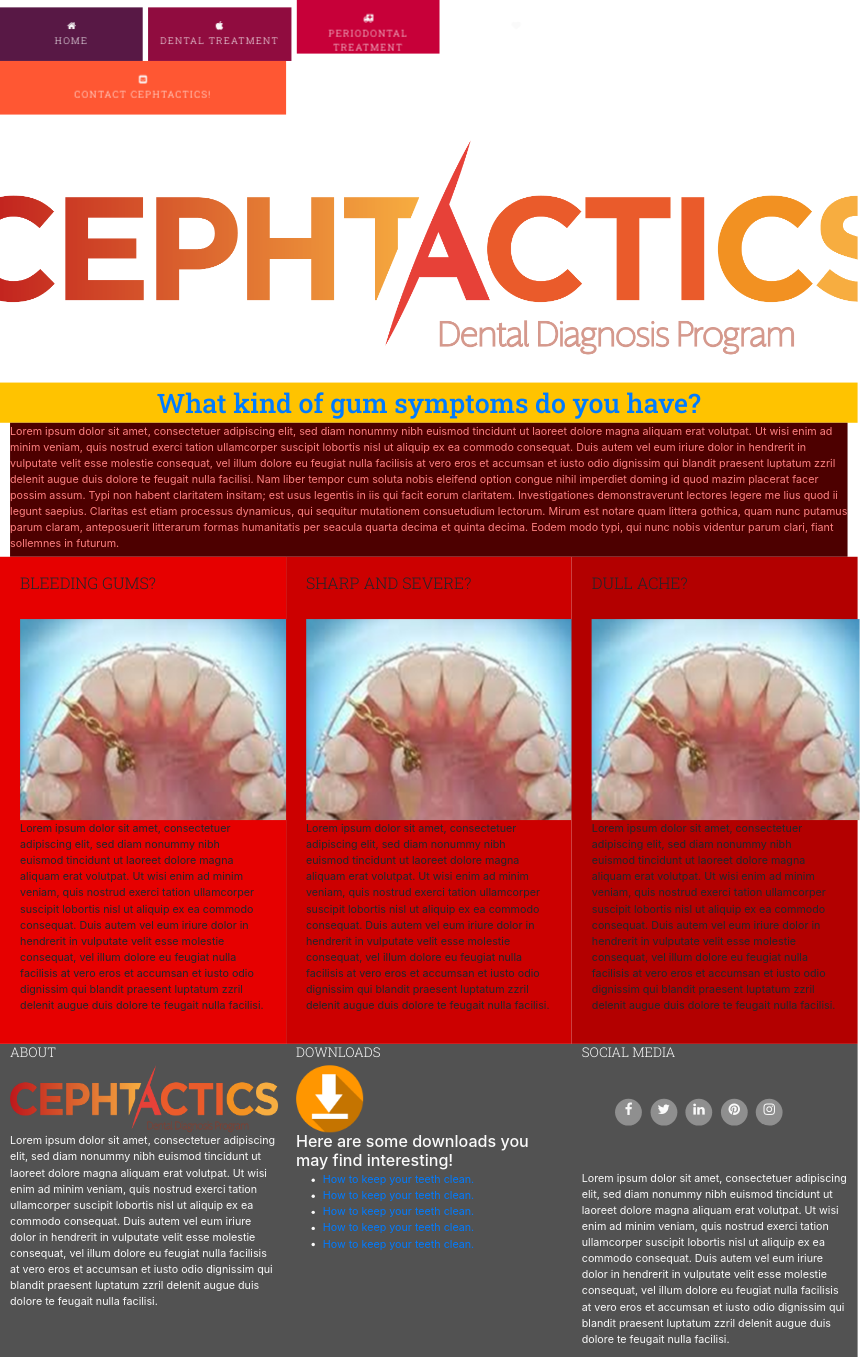
Repository: Code-Institute-Submissions/Rajjabbal-milestone-project
Page: 2periodontal.html
The author's editor kept a record of every edit. The page is drawn from the files as they stood at one moment, then again after the next edit.
The browser window is 1280 px wide. The page is 1283 px wide, so the pictures cover 1283 px, including what lies to the right of the window. The pictures show the whole page, at 67% of full size.
Some web libraries are served in a nearby version.

Above is the page before.

After the next edit:
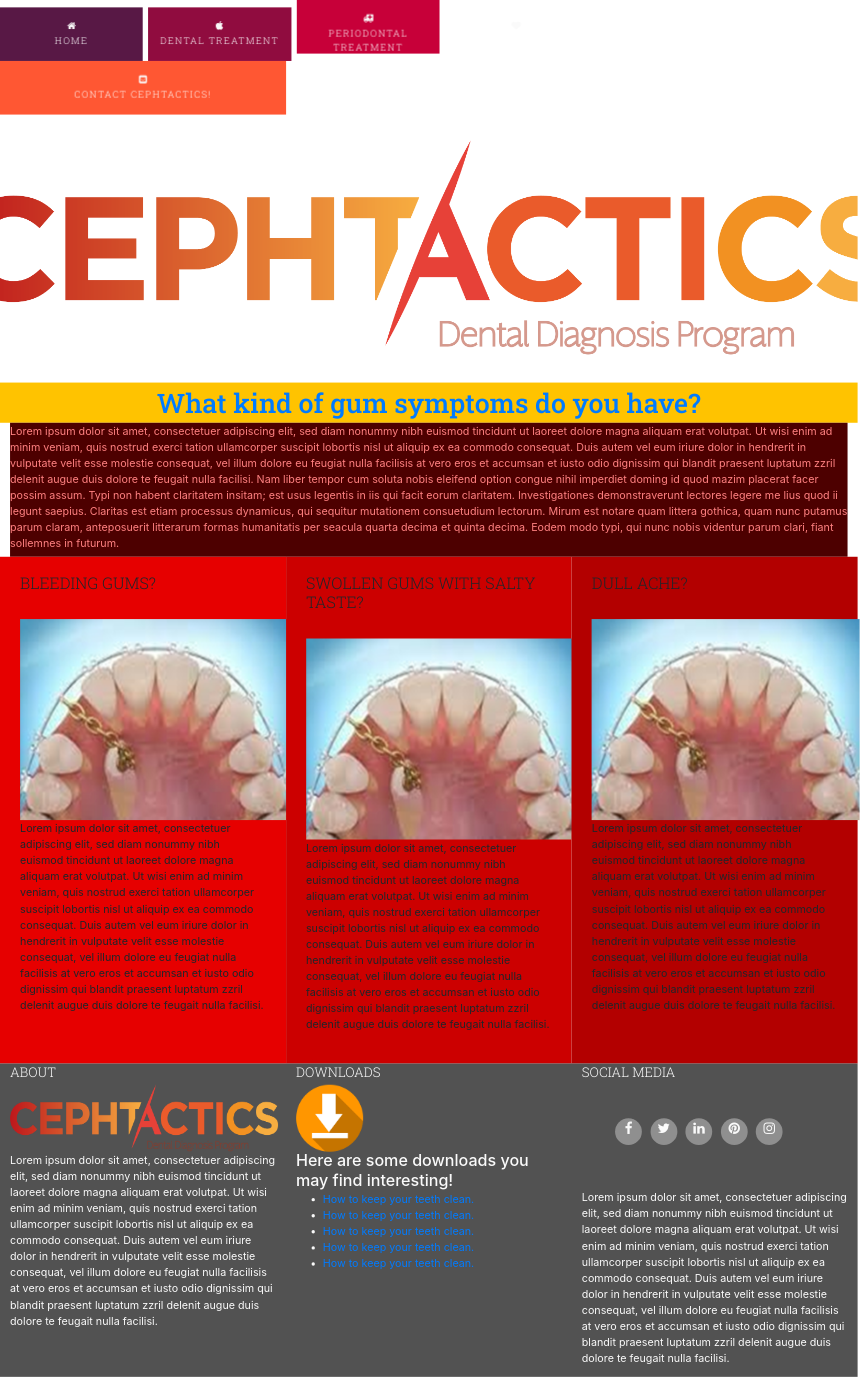
The edit:
--- a/2periodontal.html
+++ b/2periodontal.html
@@ -70,7 +70,7 @@
                     luptatum zzril delenit augue duis dolore te feugait nulla facilisi.</p>
             </div>
             <div class="col-md-4 bg-color-periodontal section-column">
-                <h4 class="section-heading uppercase">Sharp and Severe?</h4>
+                <h4 class="section-heading uppercase">Swollen gums with salty taste?</h4>
                 <img src="./assets/images/Image.png" alt="Italian Trulli" style="width:400px; height:300px;">
                 <p class="inline-block">Lorem ipsum dolor sit amet, consectetuer adipiscing elit, sed diam nonummy nibh euismod tincidunt ut laoreet dolore magna aliquam erat volutpat. Ut wisi enim ad minim veniam, quis nostrud exerci tation ullamcorper suscipit lobortis nisl
                     ut aliquip ex ea commodo consequat. Duis autem vel eum iriure dolor in hendrerit in vulputate velit esse molestie consequat, vel illum dolore eu feugiat nulla facilisis at vero eros et accumsan et iusto odio dignissim qui blandit praesent
